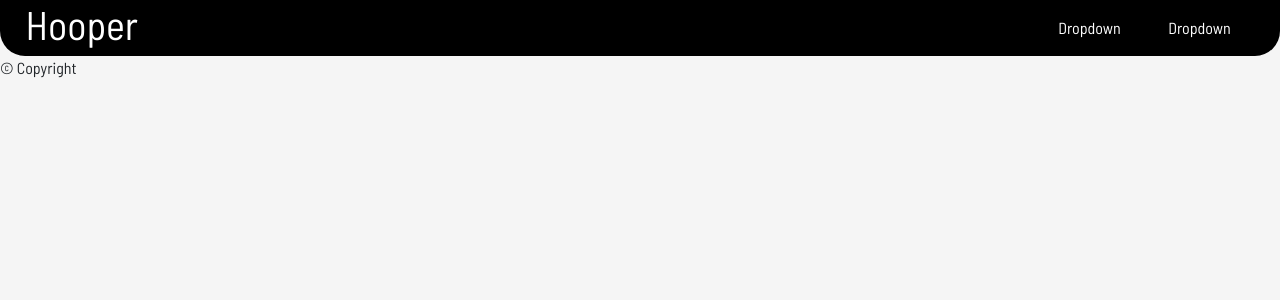
Repository: vlasarte/Hooper
Page: index.html
The author's editor kept a copy of each file at every save. The page is drawn from the files as they stood at one save, then again after the next save.
The browser window is 1280 px wide. The pictures show the whole page.
Some web fonts or font styles are not loaded; a fallback is used.

Above is the page before, as saved 2020-02-11 18:56:42.

### index.html
<!DOCTYPE html>
<!--[if lt IE 7]>      <html class="no-js lt-ie9 lt-ie8 lt-ie7"> <![endif]-->
<!--[if IE 7]>         <html class="no-js lt-ie9 lt-ie8"> <![endif]-->
<!--[if IE 8]>         <html class="no-js lt-ie9"> <![endif]-->
<!--[if gt IE 8]><!--> <html class="no-js"> <!--<![endif]-->
    <head>
        <meta charset="utf-8">
        <meta http-equiv="X-UA-Compatible" content="IE=edge">
        <title>Hooper</title>
        <meta name="description" content="">
        <meta name="viewport" content="width=device-width, initial-scale=1">
        <link href="https://fonts.googleapis.com/css?family=Amaranth|Barlow+Semi+Condensed|Coda|Orbitron|Play&display=swap" rel="stylesheet">
        <link rel="stylesheet" href="https://stackpath.bootstrapcdn.com/bootstrap/4.3.1/css/bootstrap.min.css" integrity="sha384-ggOyR0iXCbMQv3Xipma34MD+dH/1fQ784/j6cY/iJTQUOhcWr7x9JvoRxT2MZw1T" crossorigin="anonymous">
        <link rel="stylesheet" href="assets/css/style.css">
    </head>
    <body>

        <header>
            <h1>Hooper</h1>
            <div class="dropdown">
                <button class="dropbtn">Dropdown</button>
                <div class="dropdown-content">
                    <a href="#">Link 1</a>
                    <a href="#">Link 2</a>
                    <a class="dropdown-content-last" href="#">Link 3</a>
                </div>
            </div>
            <div class="dropdown">
                <button class="dropbtn">Dropdown</button>
                <div class="dropdown-content">
                    <a href="#">Link 1</a>
                    <a href="#">Link 2</a>
                    <a class="dropdown-content-last" href="#">Link 3</a>
                </div>
            </div>
        </header>

        <div class="body-container">


        </div>


        <footer>
            &copy Copyright
        </footer>

        <script src="assets/js/javascript.js" async defer></script>
    </body>
</html>

### assets/css/style.css
/* default settings */

body {
    font-family: 'Barlow Semi Condensed', sans-serif;
    background: whitesmoke;
}


/* header section */

header {
    font-family: 'Barlow Semi Condensed', sans-serif;
    width: 100%;
    height: 56px;
    background: black;
    color: white;
    padding: 0% 2%;
    border-radius: 0px 0px 25px 25px;
    position: sticky;
    top: 0;
    z-index: 1;
}

header h1 {
    float: left;
    height: 56px;
    margin: 0px;
}


/* hover dropdowns */

.dropbtn {
    height: 56px;
    font-family: 'Barlow Semi Condensed', sans-serif;
    min-width: 100px;
    background-color: black;
    color: white;
    padding: 16px;
    font-size: 16px;
    border: none;
    border-radius: 25px 25px 0px 0px;
}

.dropdown {
    margin: 0px 5px;
    float: right;
    position: relative;
    display: inline-block;
}

.dropdown-content {
    text-align: center;
    display: none;
    position: absolute;
    background-color: #f1f1f1;
    width: 100px;
    box-shadow: 0px 8px 16px 0px rgba(0, 0, 0, 0.2);
    z-index: 1;
    border-radius: 0px 0px 25px 25px;
}

.dropdown-content a {
    color: black;
    padding: 12px 16px;
    text-decoration: none;
    display: block;
}

.dropdown-content a:hover {
    background-color: #ddd;
}

.dropdown:hover .dropdown-content {
    display: block;
}

.dropdown:hover .dropbtn {
    background-color: #ddd;
    color: black;
}

.dropdown-content-last {
    border-radius: 0px 0px 25px 25px;
}

Loaded but not shown: assets/js/javascript.js (no stored copy; drawn as an empty file)

After the next save:
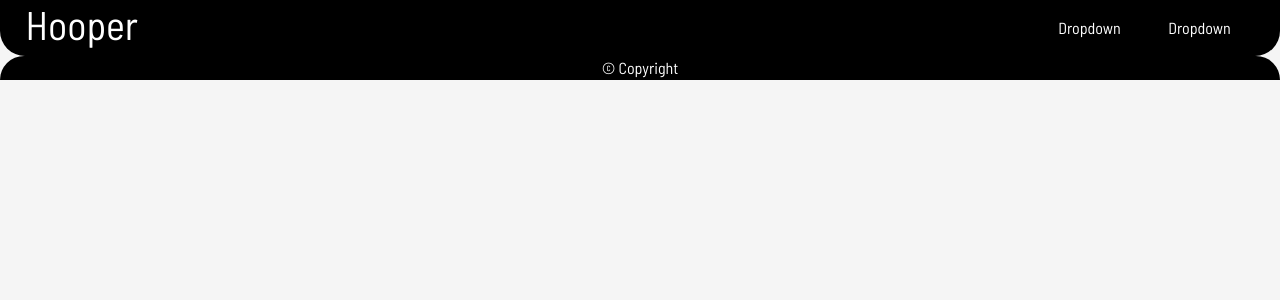
Saved 6 s later.
--- a/assets/css/style.css
+++ b/assets/css/style.css
@@ -83,3 +83,14 @@ header h1 {
 .dropdown-content-last {
     border-radius: 0px 0px 25px 25px;
 }
+
+
+/* footer section */
+
+footer {
+    width: 100%;
+    text-align: center;
+    background: black;
+    color: white;
+    border-radius: 25px 25px 0px 0px;
+}
